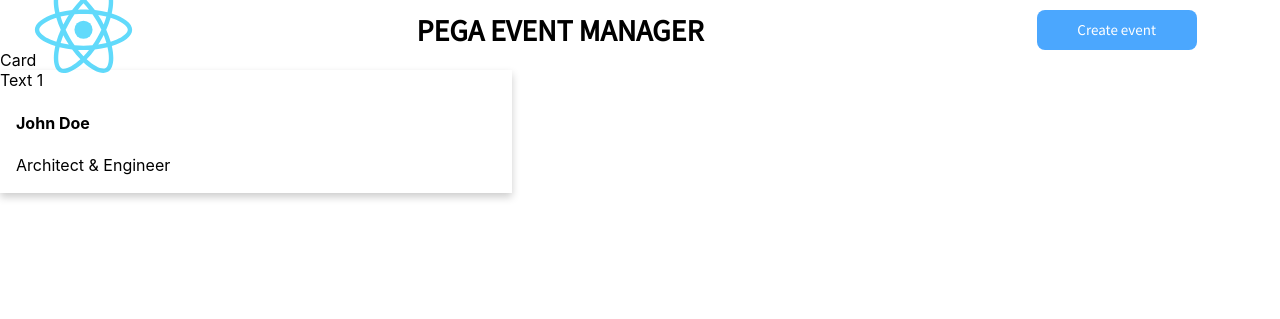
Repository: SasiVeeramachaneni/eventmanager
Page: /
The author's editor kept a copy of each file at every save. The page is drawn from the files as they stood at one save, then again after the next save.
The browser window is 1280 px wide. The pictures show the whole page.
The project was rebuilt for these pictures with package versions that can differ from the ones it lists, and the page was loaded fresh each time.

Above is the page before, as saved 2020-08-19 13:49:19.

### src/index.js
import React from 'react';
import ReactDOM from 'react-dom';
import './index.css';
import App from './App';
import * as serviceWorker from './serviceWorker';
import './fonts/SourceSansPro-Regular.ttf'

ReactDOM.render(
  <React.StrictMode>
    <App />
  </React.StrictMode>,
  document.getElementById('root')
);

// If you want your app to work offline and load faster, you can change
// unregister() to register() below. Note this comes with some pitfalls.
// Learn more about service workers: https://bit.ly/CRA-PWA
serviceWorker.unregister();

### src/App.js
import React from 'react';
import './App.css';
import logo from './logo.svg';


function App() {
  return (
    <div className="App">
      <div className="header">
        <div className="logo"><img src={logo} alt=""/></div>
        <div className="heading">PEGA EVENT MANAGER</div>
        <div className="logo"><button type="button" className="createbutton">Create event</button></div>
      </div>
      <div className="body">
        Card
        <div className="card">
          Text 1
          <div className="container">
            <h4><b>John Doe</b></h4>
            <p>Architect & Engineer</p>
          </div>
        </div>
      </div>

    </div>
  );
}

export default App;

### src/App.css
.App {
  height: 100vh;
  width: 100%;
  display: grid;
  grid-template-rows: 50px 1fr;
}

@font-face {
  font-family: 'SourceSansPro';
  src: local('SourceSansPro'), url(./fonts/SourceSansPro-Regular.ttf) format('truetype');
}

.card {
  box-shadow: 0 4px 8px 0 rgba(0,0,0,0.2);
  transition: 0.3s;
  width: 40%;
}

.card:hover {
  box-shadow: 0 8px 16px 0 rgba(0,0,0,0.2);
}

.container {
  padding: 2px 16px;
}

.header {
  display: flex;
  align-items: stretch;
  justify-content: space-evenly;
  padding-top: 10px;
}

.logo {
  flex-grow: 1;
  display: flex;
  align-items: center;
  justify-content: center;
}

.heading {
  flex-grow: 3;
  display: flex;
  align-items: center;
  justify-content: center;
  font-size: 30px;
  font-weight: bold;
  font-family: SourceSansPro;

}

.createbutton {
  width: 10rem;
  color: #FFF;
  background: #4BA7FE;
  border-radius: 8px;
  font-size: 15px;
  line-height: 24px;
  height: 2.5rem;
  position: relative;
  align-items: center;
  box-sizing: border-box;
  transition: all 0.4s ease-in-out;
  border: none;
  font-family: SourceSansPro;


}

.body {
}

Loaded but not shown: public/index.html (common file); src/index.css (common file); src/serviceWorker.js (common file)

After the next save:
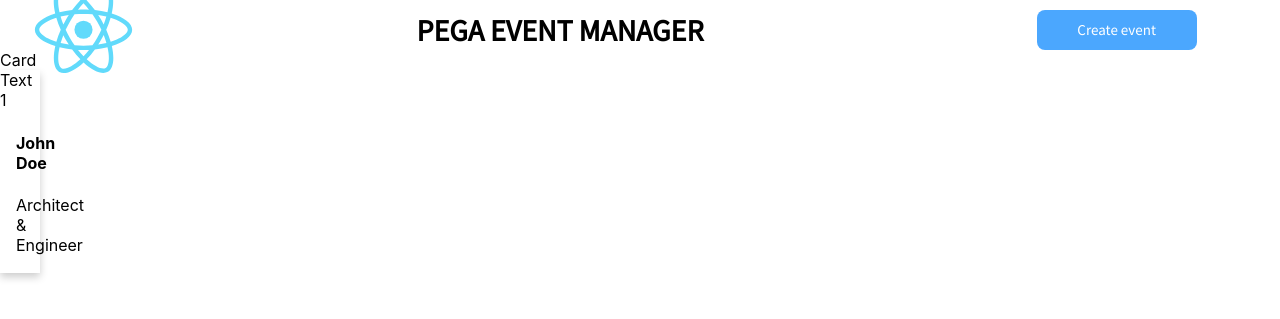
Saved 59 s later.
--- a/src/App.css
+++ b/src/App.css
@@ -13,7 +13,7 @@
 .card {
   box-shadow: 0 4px 8px 0 rgba(0,0,0,0.2);
   transition: 0.3s;
-  width: 40%;
+  width: 40px;
 }
 
 .card:hover {
